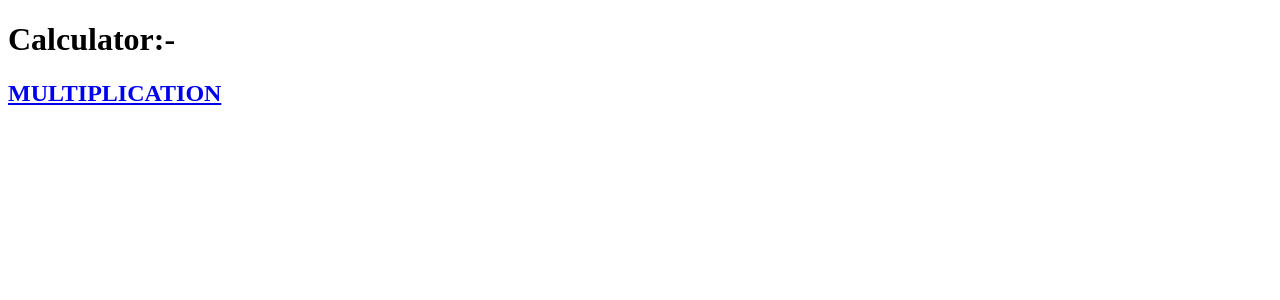
Repository: Dhirajkumar02/Advance-Java--J2EE-
Page: ServletProject_Calculator_App/src/main/webapp/modulus.html
These files come from the project's save history. The page is drawn as it stood at one moment and after the next save; the edit follows.
The browser window is 1280 px wide. The pictures show the whole page.

Above is the page before, as saved 2024-11-13 11:33:53.

After the next save:
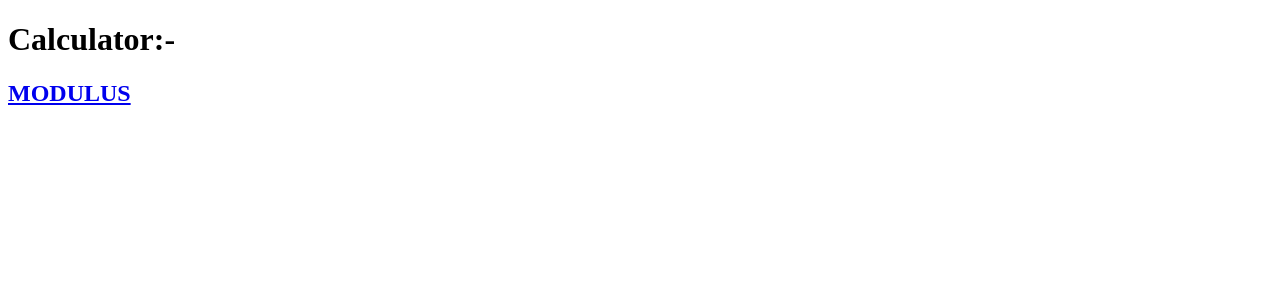
Saved 32 s later.
--- a/ServletProject_Calculator_App/src/main/webapp/modulus.html
+++ b/ServletProject_Calculator_App/src/main/webapp/modulus.html
@@ -7,7 +7,7 @@
 <body>
 <h1>Calculator:-</h1>
 <h2>
-<a href="Multiplication.html">MULTIPLICATION</a>
+<a href="Remainder.html">MODULUS</a>
 </h2>
 </body>
 </html>
